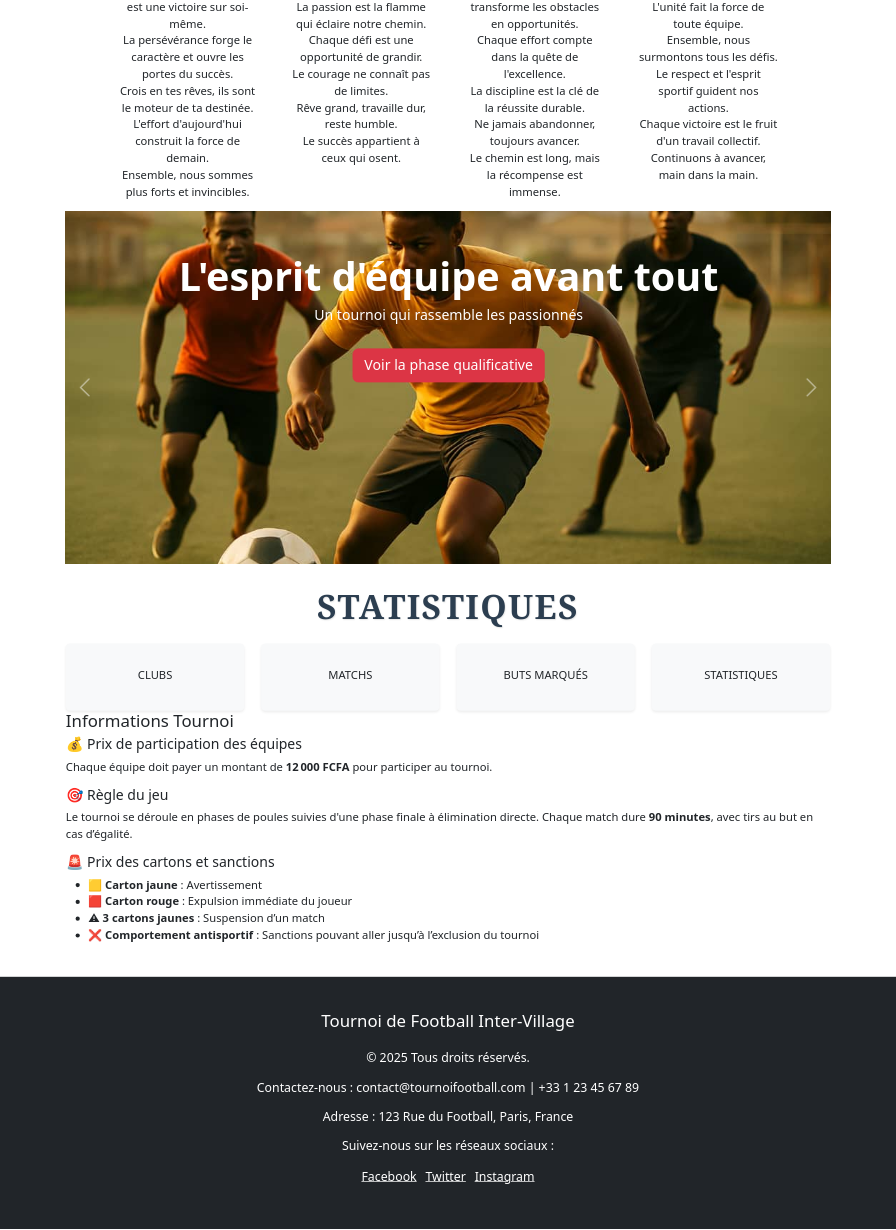
Repository: KILAYOSSI/tournoi_foot
Page: templates/pages/home.html.twig
These files come from the project's save history. The page is drawn as it stood at one moment and after the next save; the edit follows.
The browser window is 1280 px wide. The pictures show the part of the page from y = 728 to 2648 px (the page is 2485 px tall before and 2648 px after), at 70% of full size.
The page is a Twig template of a Symfony application; nobody is signed in and links lead nowhere. The template is opened directly, without the code that normally fills it, so the values that code supplies are empty.

Above is the page before, as saved 2025-06-27 02:20:58.

### templates/pages/home.html.twig
{% extends 'base.html.twig' %}

{% block title %}Accueil - Tournoi de Football Inter-Village{% endblock %}

{% block body %}
<div class="container my-5">
    <section class="hero-section position-relative rounded overflow-hidden mb-5" style="height: 400px; border-radius: 0.5rem; background: url('{{ asset('assets/WhatsApp Image 2025-06-25 à 09.55.04_cf4f687a.jpg') }}') center center / cover no-repeat;">
        <div class="overlay position-absolute top-0 start-0 w-100 h-100" style="background: rgba(0, 0, 0, 0.5);"></div>
        <div class="hero-content position-relative h-100 d-flex flex-column justify-content-end align-items-center text-white text-center px-3">
            <a href="{{ path('about') }}" class="btn btn-outline-light btn-lg rounded-pill" style="font-weight: 700; letter-spacing: 0.1em; margin-right: 1010px; margin-top: -10px; margin-bottom: 10px;">En savoir plus</a>
            <div class="ticker-container mt-3 w-100" style="position: relative; background-color: rgba(255, 255, 255, 0.8); height: 40px; margin-top: 10px;">
                <div class="ticker-text">
                    Le prix de participation du tournoi est de 12000 FCFA. &nbsp;&nbsp;&nbsp;
                    Chaque équipe doit respecter les règles du jeu. &nbsp;&nbsp;&nbsp;
                    Les matchs durent 90 minutes avec prolongations si nécessaire. &nbsp;&nbsp;&nbsp;
                    Les cartons jaunes et rouges sont strictement appliqués. &nbsp;&nbsp;&nbsp;
                    Le fair-play est essentiel pour le bon déroulement du tournoi. &nbsp;&nbsp;&nbsp;
                </div>
            </div>
        </div>
    </section>
    <div class="icons-container mt-3">
        <div class="d-flex justify-content-center gap-5 flex-wrap text-center">
            <a href="{{ path('clubs_joueurs') }}" class="icon-text text-decoration-none text-dark" style="max-width: 200px;">
                <img src="{{ asset('assets/WhatsApp Image 2025-06-26 à 22.33.43_6d2c76fa.jpg') }}" alt="Icone 1" class="img-fluid mb-3" style="max-height: 150px; object-fit: contain;">
                <h5 class="mb-3">DES ÉQUIPES</h5>
                <p>
                    Chaque pas vers l'avant est une victoire sur soi-même.<br>
                    La persévérance forge le caractère et ouvre les portes du succès.<br>
                    Crois en tes rêves, ils sont le moteur de ta destinée.<br>
                    L'effort d'aujourd'hui construit la force de demain.<br>
                    Ensemble, nous sommes plus forts et invincibles.
                </p>
            </a>
            <a href="{{ path('phase_qualificative') }}" class="icon-text text-decoration-none text-dark" style="max-width: 200px;">
                <img src="{{ asset('assets/WhatsApp Image 2025-06-26 à 22.33.43_91d2cb3c.jpg') }}" alt="Icone 2" class="img-fluid mb-3" style="max-height: 150px; object-fit: contain;">
                <h5 class="mb-3">PHASE QUALIFICATIVE</h5>
                <p>
                    La passion est la flamme qui éclaire notre chemin.<br>
                    Chaque défi est une opportunité de grandir.<br>
                    Le courage ne connaît pas de limites.<br>
                    Rêve grand, travaille dur, reste humble.<br>
                    Le succès appartient à ceux qui osent.
                </p>
            </a>
            <a href="{{ path('phase_finale') }}" class="icon-text text-decoration-none text-dark" style="max-width: 200px;">
                <img src="{{ asset('assets/WhatsApp Image 2025-06-26 à 22.33.45_8dd9a1c0.jpg') }}" alt="Icone 3" class="img-fluid mb-3" style="max-height: 150px; object-fit: contain;">
                 <h5 class="mb-3">PHASES FINALES</h5>
                <p>
                    La détermination transforme les obstacles en opportunités.<br>
                    Chaque effort compte dans la quête de l'excellence.<br>
                    La discipline est la clé de la réussite durable.<br>
                    Ne jamais abandonner, toujours avancer.<br>
                    Le chemin est long, mais la récompense est immense.
                </p>
            </a>
            <a href="{{ path('calendrier') }}" class="icon-text text-decoration-none text-dark" style="max-width: 200px;">
                <img src="{{ asset('assets/WhatsApp Image 2025-06-25 à 00.20.17_b34a09f6.jpg') }}" alt="Icone 4" class="img-fluid mb-3" style="max-height: 150px; object-fit: contain;">
                 <h5 class="mb-3">MATCHS PASSIONNANTS</h5>
                <p>
                    L'unité fait la force de toute équipe.<br>
                    Ensemble, nous surmontons tous les défis.<br>
                    Le respect et l'esprit sportif guident nos actions.<br>
                    Chaque victoire est le fruit d'un travail collectif.<br>
                    Continuons à avancer, main dans la main.
                </p>
            </a>
        </div>
    </div>
<section id="heroCarousel" class="carousel slide carousel-fade" data-bs-ride="carousel" data-bs-interval="3000" data-bs-pause="false" style="height: 70vh; overflow: hidden;">
        <div class="carousel-inner h-100">
            <div class="carousel-item active carousel-item" style="background: url('{{ asset('assets/WhatsApp Image 2025-06-02 à 13.04.58_57d057cd.jpg') }}') center center / cover no-repeat; height: 70vh; position: relative; animation: kenBurnsZoom 20s ease-in-out infinite;">
                <div class="carousel-caption d-flex flex-column justify-content-center align-items-center h-100 text-center text-white" style="bottom: 20%;">
                    <h1 class="display-4 fw-bold animate__animated animate__fadeInDown">Vivez la passion du football</h1>
                    <p class="lead animate__animated animate__fadeInUp">Rejoignez-nous pour un tournoi inoubliable</p>
                    <a href="{{ path('clubs_joueurs') }}" class="btn btn-primary btn-lg mt-3 animate__animated animate__fadeInUp">Découvrir les équipes</a>
                </div>
            </div>
            <div class="carousel-item carousel-item" style="background: url('{{ asset('assets/WhatsApp Image 2025-06-26 à 02.39.00_f792be52.jpg') }}') center center / cover no-repeat; height: 70vh; position: relative; animation: kenBurnsZoom 20s ease-in-out infinite;">
                <div class="carousel-caption d-flex flex-column justify-content-center align-items-center h-100 text-center text-white" style="bottom: 20%;">
                    <h1 class="display-4 fw-bold animate__animated animate__fadeInDown">L'esprit d'équipe avant tout</h1>
                    <p class="lead animate__animated animate__fadeInUp">Un tournoi qui rassemble les passionnés</p>
                    <a href="{{ path('phase_qualificative') }}" class="btn btn-danger btn-lg mt-3 animate__animated animate__fadeInUp">Voir la phase qualificative</a>
                </div>
            </div>
            <div class="carousel-item carousel-item" style="background: url('{{ asset('assets/WhatsApp Image 2025-06-26 à 22.33.44_536a08b8.jpg') }}') center center / cover no-repeat; height: 70vh; position: relative; animation: kenBurnsZoom 20s ease-in-out infinite;">
                <div class="carousel-caption d-flex flex-column justify-content-center align-items-center h-100 text-center text-white" style="bottom: 20%;">
                    <h1 class="display-4 fw-bold animate__animated animate__fadeInDown">Vivez l'émotion des phases finales</h1>
                    <p class="lead animate__animated animate__fadeInUp">Des matchs intenses et passionnants</p>
                    <a href="{{ path('phase_finale') }}" class="btn btn-success btn-lg mt-3 animate__animated animate__fadeInUp">Voir les phases finales</a>
                </div>
            </div>
        </div>
        <button class="carousel-control-prev" type="button" data-bs-target="#heroCarousel" data-bs-slide="prev" style="width: 5%;">
            <span class="carousel-control-prev-icon" aria-hidden="true"></span>
            <span class="visually-hidden">Précédent</span>
        </button>
        <button class="carousel-control-next" type="button" data-bs-target="#heroCarousel" data-bs-slide="next" style="width: 5%;">
            <span class="carousel-control-next-icon" aria-hidden="true"></span>
            <span class="visually-hidden">Suivant</span>
        </button>
    </section>

    <style>
        @keyframes kenBurnsZoom {
            0% {
                transform: scale(1) translate(0, 0);
            }
            50% {
                transform: scale(1.1) translate(10px, 10px);
            }
            100% {
                transform: scale(1) translate(0, 0);
            }
        }
        .carousel-item {
            height: 100vh;
            background-size: cover;
            background-position: center;
            position: relative;
        }
        .carousel-caption {
            bottom: 20%;
            animation: fadeInUp 1s ease-in-out;
        }
        @keyframes fadeInUp {
            from {
                opacity: 0;
                transform: translate3d(0, 40px, 0);
            }
            to {
                opacity: 1;
                transform: none;
            }
        }
        @media (max-width: 768px) {
            .carousel-caption h1 {
                font-size: 1.8rem;
            }
            .carousel-caption p {
                font-size: 1rem;
            }
            .carousel-caption .btn {
                font-size: 0.9rem;
                padding: 0.5rem 1rem;
            }
        }
    </style>




    <section>
        <h2 class="mb-4 text-center" style="font-family: 'Georgia', serif; font-weight: 700; font-size: 3rem; color: #2c3e50; text-shadow: 1px 1px 2px rgba(0,0,0,0.1); letter-spacing: 2px; margin-top: 2rem;">STATISTIQUES</h2>
        <div class="row text-center g-4">
            <div class="col-md-3">
                <div class="stat-card p-4 rounded shadow-sm bg-light number-font number-animated number-test">
            <h3 class="fw-bold display-1">{{ clubsCount }}</h3>
            <p>CLUBS</p>
                </div>
            </div>
            <div class="col-md-3">
                <div class="stat-card p-4 rounded shadow-sm bg-light number-font number-animated number-test">
            <h3 class="fw-bold display-1">{{ matchsCount }}</h3>
            <p>MATCHS</p>
                </div>
            </div>
            <div class="col-md-3">
                <div class="stat-card p-4 rounded shadow-sm bg-light number-font number-animated number-test">
            <h3 class="fw-bold display-1">{{ butsCount }}</h3>
            <p>BUTS MARQUÉS</p>
                </div>
            </div>
            <div class="col-md-3">
                <div class="stat-card p-4 rounded shadow-sm bg-light number-font number-animated number-test">
            <h3 class="fw-bold display-1">{{ statistiquesCount }}</h3>
            <p>STATISTIQUES</p>
                </div>
            </div>
        </div>
    </section>

    <section class="info-tournoi-card">
        <h4>Informations Tournoi</h4>
        <div>
            <h5>💰 Prix de participation des équipes</h5>
            <p>Chaque équipe doit payer un montant de <strong>12 000 FCFA</strong> pour participer au tournoi.</p>

            <h5>🎯 Règle du jeu</h5>
            <p>Le tournoi se déroule en phases de poules suivies d'une phase finale à élimination directe. Chaque match dure <strong>90 minutes</strong>, avec tirs au but en cas d’égalité.</p>

            <h5>🚨 Prix des cartons et sanctions</h5>
            <ul>
                <li>🟨 <strong>Carton jaune</strong> : Avertissement</li>
                <li>🟥 <strong>Carton rouge</strong> : Expulsion immédiate du joueur</li>
                <li>⚠ <strong>3 cartons jaunes</strong> : Suspension d’un match</li>
                <li>❌ <strong>Comportement antisportif</strong> : Sanctions pouvant aller jusqu’à l’exclusion du tournoi</li>
            </ul>
        </div>
    </section>
</div>
{% endblock %}

### templates/base.html.twig
<!DOCTYPE html>
<html lang="fr">
<head>
    <meta charset="UTF-8" />
    <meta name="viewport" content="width=device-width, initial-scale=1" />
    <title>{% block title %}Tournoi de Football Inter-Village{% endblock %}</title>
    <link href="https://cdn.jsdelivr.net/npm/bootstrap@5.3.0/dist/css/bootstrap.min.css" rel="stylesheet" />
    <link rel="stylesheet" href="{{ asset('css/style.css') }}" />
    <link rel="stylesheet" href="{{ asset('css/custom_home.css') }}" />
    {% block stylesheets %}{% endblock %}
</head>
<body>
    <header>
        <nav class="navbar navbar-expand-lg fixed-top" style="background: linear-gradient(90deg, #4b6cb7 0%, #182848 100%); box-shadow: 0 4px 6px rgba(0,0,0,0.1);">
            <div class="container">
                <a class="navbar-brand d-flex align-items-center" href="{{ path('home') }}" style="font-weight: bold; font-size: 1.5rem; color: white; text-shadow: 0 0 5px rgba(255,255,255,0.7);">
<img src="{{ asset('assets/WhatsApp Image 2025-06-23 à 13.44.55_704b8a70.jpg') }}" alt="Logo" height="80" class="d-inline-block align-text-top me-2" style="filter: drop-shadow(0 0 5px #fff); border-radius: 0.5rem; max-height: 100px; max-width: 100px; object-fit: contain;"/>
                    <span style="background: linear-gradient(45deg, #ff6a00, #ee0979); -webkit-background-clip: text; -webkit-text-fill-color: transparent;">Tournoi Foot</span>
                </a>
                <button
                    class="navbar-toggler border-0"
                    type="button"
                    data-bs-toggle="collapse"
                    data-bs-target="#megaNavbar"
                    aria-controls="megaNavbar"
                    aria-expanded="false"
                    aria-label="Toggle navigation"
                >
                    <span class="navbar-toggler-icon" style="filter: invert(1);"></span>
                </button>

                <div class="collapse navbar-collapse" id="megaNavbar">
                    <ul class="navbar-nav ms-auto mb-2 mb-lg-0 fw-semibold">
                        <li class="nav-item">
                            <a class="nav-link text-white d-flex align-items-center" href="{{ path('home') }}">
                                <i class="fas fa-home me-1"></i> Accueil
                            </a>
                        </li>
                        <li class="nav-item dropdown">
                            <a class="nav-link dropdown-toggle text-white d-flex align-items-center" href="#" id="servicesDropdown" role="button" data-bs-toggle="dropdown" aria-expanded="false">
                                <i class="fas fa-star me-1"></i> Services
                            </a>
                            <ul class="dropdown-menu dropdown-menu-dark" aria-labelledby="servicesDropdown" style="background: linear-gradient(135deg, #667eea, #764ba2); border: none; box-shadow: 0 4px 10px rgba(0,0,0,0.3);">
                                <li><a class="dropdown-item text-white" href="{{ path('vote') }}"><i class="fas fa-vote-yea me-2"></i> Vote</a></li>
                                <li><a class="dropdown-item text-white" href="{{ path('match_du_jour') }}"><i class="fas fa-futbol me-2"></i> Matchs du jour</a></li>
                                <li><a class="dropdown-item text-white" href="{{ path('statistiques') }}"><i class="fas fa-chart-bar me-2"></i> Statistiques</a></li>
                                <li><a class="dropdown-item text-white" href="{{ path('calendrier') }}"><i class="fas fa-calendar-alt me-2"></i> Calendrier</a></li>
                                <li><a class="dropdown-item text-white" href="{{ path('clubs_joueurs') }}"><i class="fas fa-users me-2"></i> Clubs & Joueurs</a></li>
                            </ul>
                        </li>
                        <li class="nav-item">
                            <a class="nav-link text-white d-flex align-items-center" href="{{ path('about') }}">
                                <i class="fas fa-info-circle me-1"></i> Qui sommes-nous ?
                            </a>
                        </li>
                        <li class="nav-item">
                            {# Suppression du menu Contact #}
                        </li>
                    </ul>
                </div>
            </div>
        </nav>
    </header>

    <main class="container my-4">
        {% block body %}{% endblock %}
    </main>

    <footer class="bg-dark text-white text-center py-5" style="min-height: 300px;">
        <div class="container">
            <h4 class="mb-4">Tournoi de Football Inter-Village</h4>
            <p>© {{ "now"|date("Y") }} Tous droits réservés.</p>
            <p>Contactez-nous : contact@tournoifootball.com | +33 1 23 45 67 89</p>
            <p>Adresse : 123 Rue du Football, Paris, France</p>
            <p>Suivez-nous sur les réseaux sociaux :</p>
            <ul class="list-inline">
                <li class="list-inline-item"><a href="#" class="text-white">Facebook</a></li>
                <li class="list-inline-item"><a href="#" class="text-white">Twitter</a></li>
                <li class="list-inline-item"><a href="#" class="text-white">Instagram</a></li>
            </ul>
        </div>
    </footer>

    <script src="https://cdn.jsdelivr.net/npm/bootstrap@5.3.0/dist/js/bootstrap.bundle.min.js"></script>
    {% block javascripts %}
    {% endblock %}
</body>
</html>

### public/css/style.css
/* Style CSS with hover effect green, enlarged statistics title and numbers */

.navbar-nav .nav-link.dropdown-toggle.fs-4.fw-bold.text-danger {
    color: #28a745 !important; /* green color */
}

.navbar-nav .dropdown-menu {
    border: 2px solid #28a745 !important; /* green border */
}

.navbar-nav .nav-link.statistiques-link {
    font-size: 1.2rem;
    font-weight: bold;
    color: #28a745 !important;
}

.cartons-table tbody tr:hover {
    transform: translateY(-5px);
    background-color: #d4edda; /* light green background on hover */
}

h1.text-center.mb-4.fw-bold {
    font-size: 2.5rem !important; /* enlarged title */
    color: #28a745 !important;
}

/* Additional styling for footer */
footer.bg-dark.text-white.text-center.py-5 {
    font-size: 1.1rem;
}

/* Add any other styles you remember from your modifications here */

### public/css/custom_home.css
.custom-margin {
    margin-right: 20px !important;
    float: left !important;
}

.margin-right-only {
    margin-right: 20px !important;
}

/* Styles pour le ticker d'informations défilantes */
.ticker-container {
    width: 100%;
    overflow: hidden;
    background-color: transparent;
    border-top: 1px solid #000;
    border-bottom: 1px solid #000;
    padding: 10px 0;
    box-sizing: border-box;
    position: relative;
    height: 30px;
}

.ticker-text {
    display: inline-block;
    white-space: nowrap;
    color: black;
    font-size: 1rem;
    position: absolute;
    will-change: transform;
    animation: ticker-scroll 15s linear infinite;
}

@keyframes ticker-scroll {
    0% {
        transform: translateX(100%);
    }
    100% {
        transform: translateX(-100%);
    }
}

After the next save:
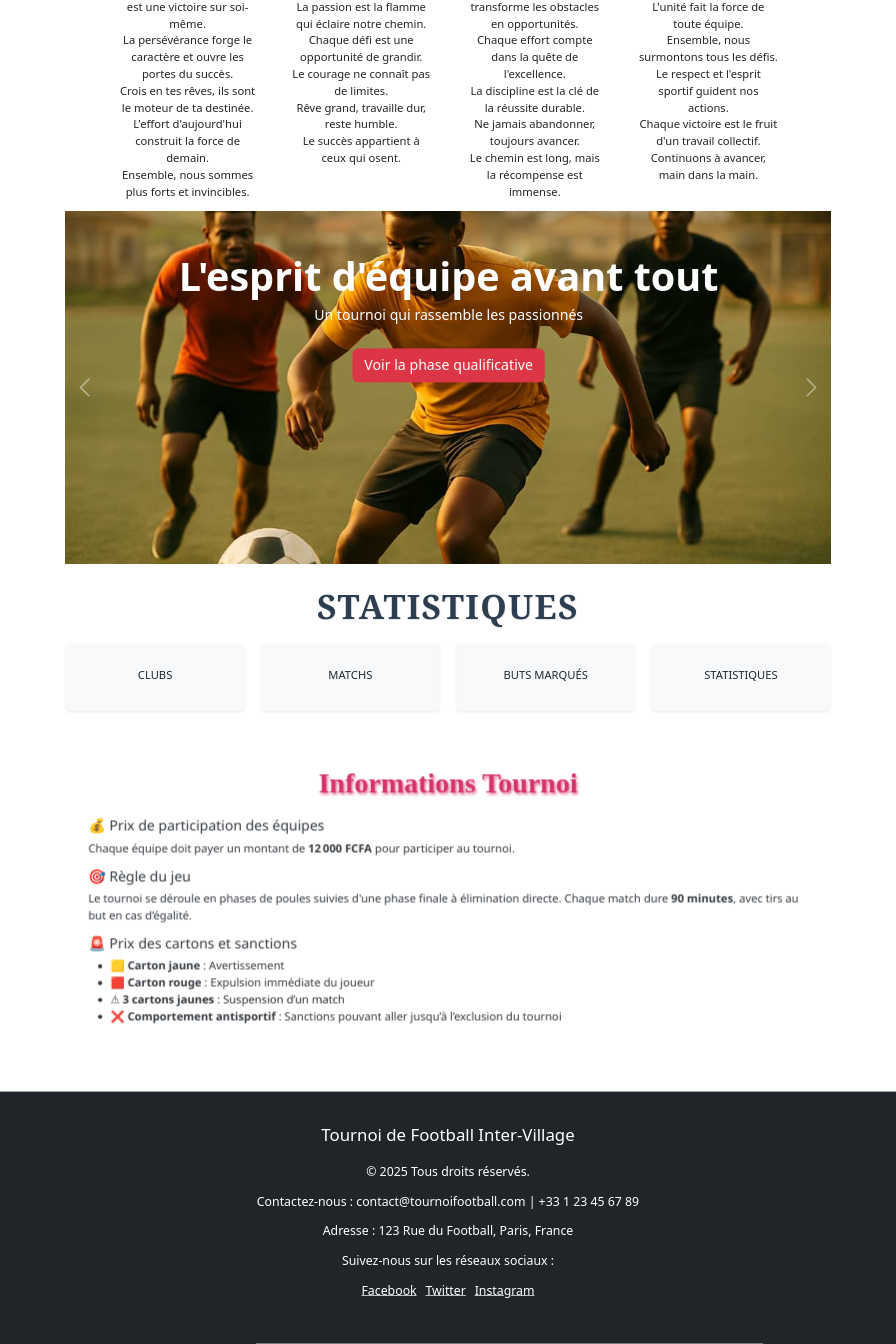
Saved 3 min 0 s later.
--- a/templates/pages/home.html.twig
+++ b/templates/pages/home.html.twig
@@ -180,8 +180,8 @@
         </div>
     </section>
 
-    <section class="info-tournoi-card">
-        <h4>Informations Tournoi</h4>
+    <section class="info-tournoi-card" style="background: rgba(255, 255, 255, 0.15); backdrop-filter: blur(10px); border-radius: 1rem; padding: 2rem; margin-top: 3rem; color: #343a40; font-family: 'Segoe UI', Tahoma, Geneva, Verdana, sans-serif;">
+        <h4 style="font-family: 'Brush Script MT', cursive; font-size: 2.5rem; font-weight: 700; color: #d6336c; text-align: center; text-shadow: 2px 2px 4px rgba(214, 51, 108, 0.7); margin-bottom: 1.5rem;">Informations Tournoi</h4>
         <div>
             <h5>💰 Prix de participation des équipes</h5>
             <p>Chaque équipe doit payer un montant de <strong>12 000 FCFA</strong> pour participer au tournoi.</p>
